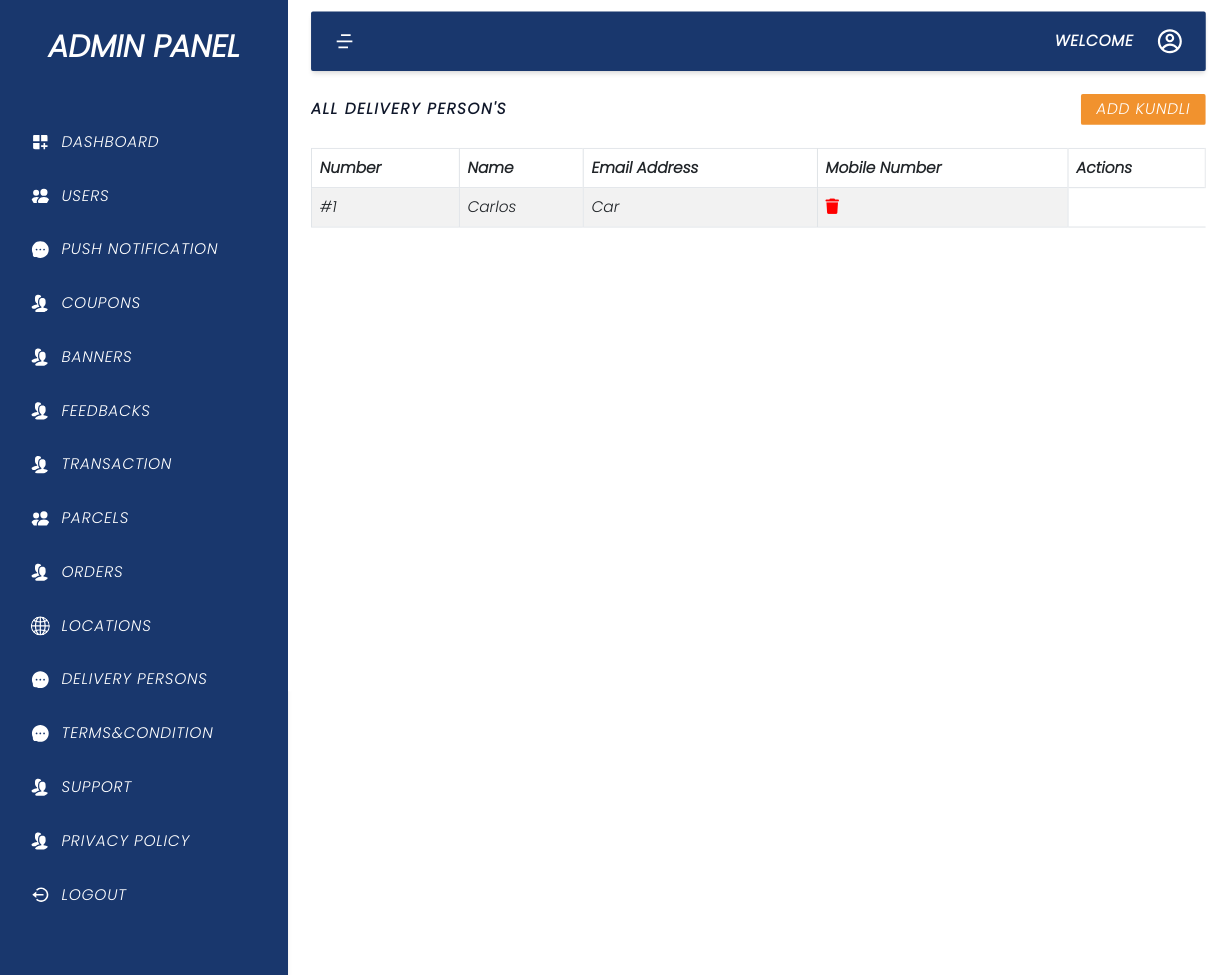
Repository: FlyweisReact/sarita
Page: /kundli
These files come from the project's save history. The page is drawn as it stood at one moment and after a run of saves; the edit follows.
The browser window is 1280 px wide. The pictures show the whole page, at 96% of full size.
Some web libraries are served in a nearby version. The project was rebuilt for these pictures with package versions that can differ from the ones it lists, and the page was loaded fresh each time. Also part of the build but not shown: src/vendorPanel/forms/VendorLogin.jsx, src/vendorPanel/pages/AdminDiscount.js, src/vendorPanel/pages/AdminReview.js, src/vendorPanel/pages/Astrologers.js, src/vendorPanel/pages/Banners.js, src/vendorPanel/pages/Booking.js, src/vendorPanel/pages/Horoscope.js, src/vendorPanel/pages/Message.js and 8 more.

Above is the page before, as saved 2023-04-19 13:13:04.

After the next 3 saves:
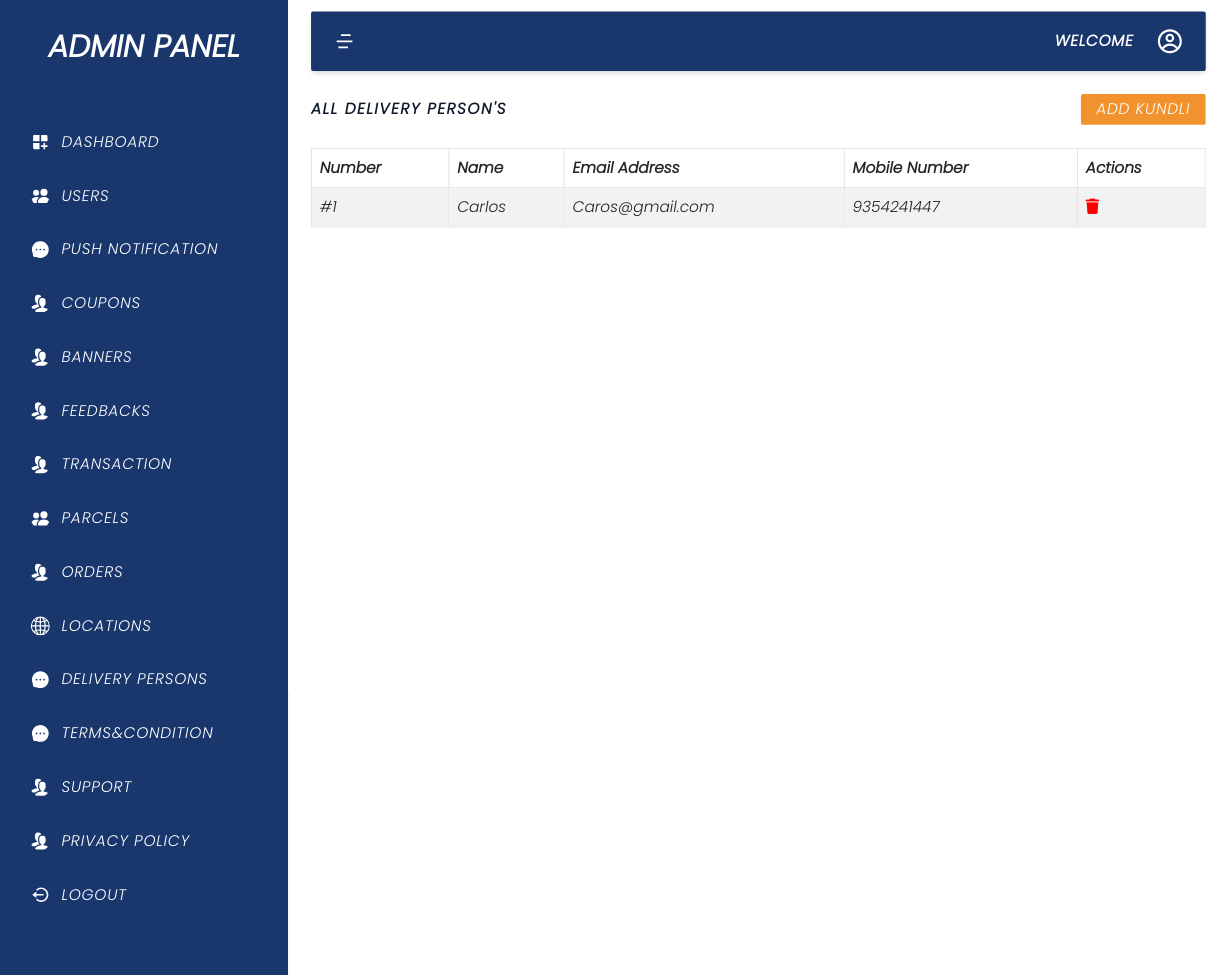
The 3 saves are shown as one change because they came seconds apart.
The last was saved 11 s later.
--- a/src/vendorPanel/pages/Kundli.js
+++ b/src/vendorPanel/pages/Kundli.js
@@ -101,7 +101,8 @@ const Kundli = () => {
             <tr>
               <td>#1</td>
               <td>Carlos</td>
-              <td>Car</td>
+              <td>Caros@gmail.com</td>
+              <td>9354241447</td>
 
               <td>
                 <i className="fa-solid fa-trash" onClick={() => toast.success("Kundli Deleted Successfully")} />
